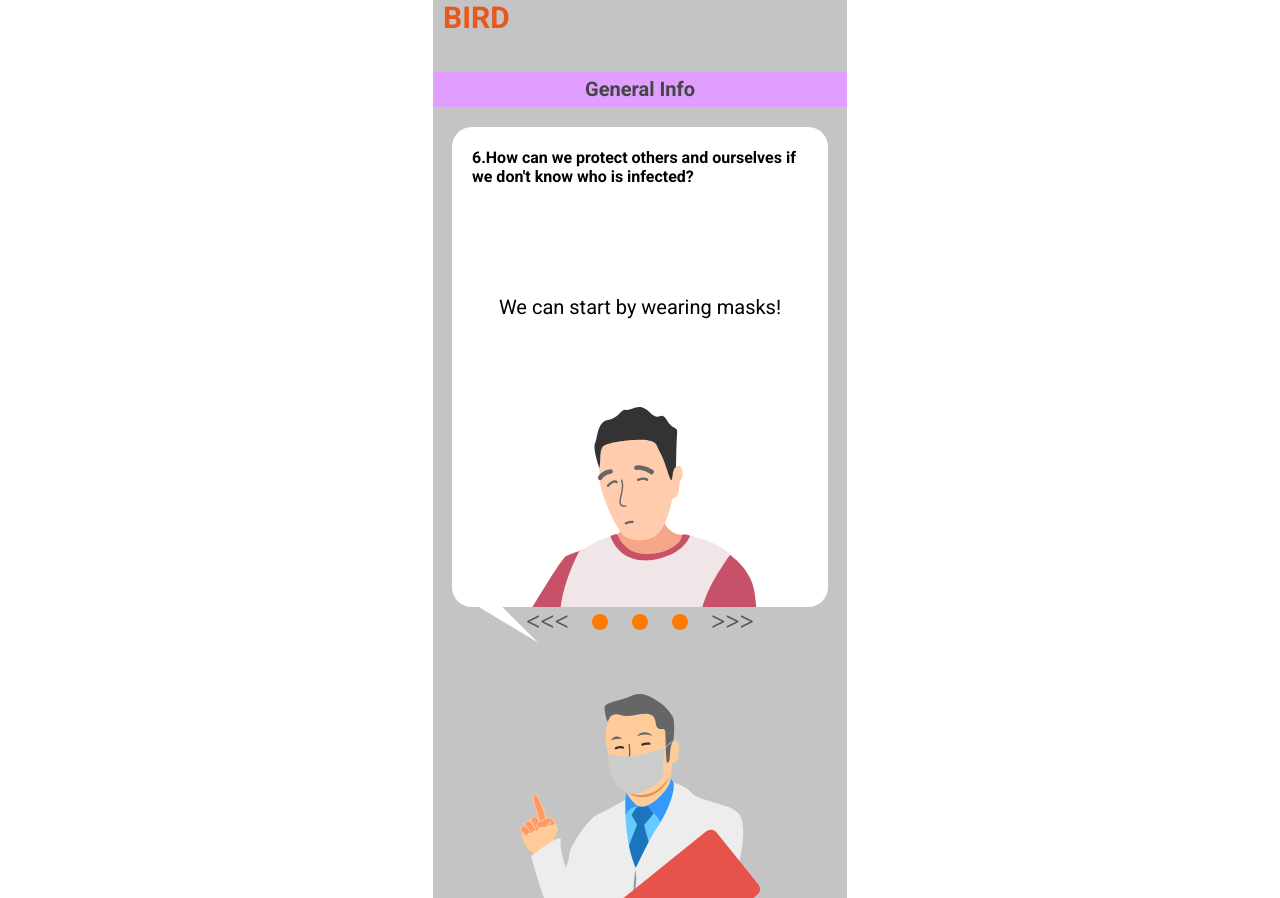
Repository: Levic559/BIRD
Page: General_info-6/2.html
The author's editor kept a copy of each file at every save. The page is drawn from the files as they stood at one save, then again after the next save.
The browser window is 1280 px wide. The pictures show the whole page.

Above is the page before, as saved 2021-03-10 22:08:39.

After the next save:
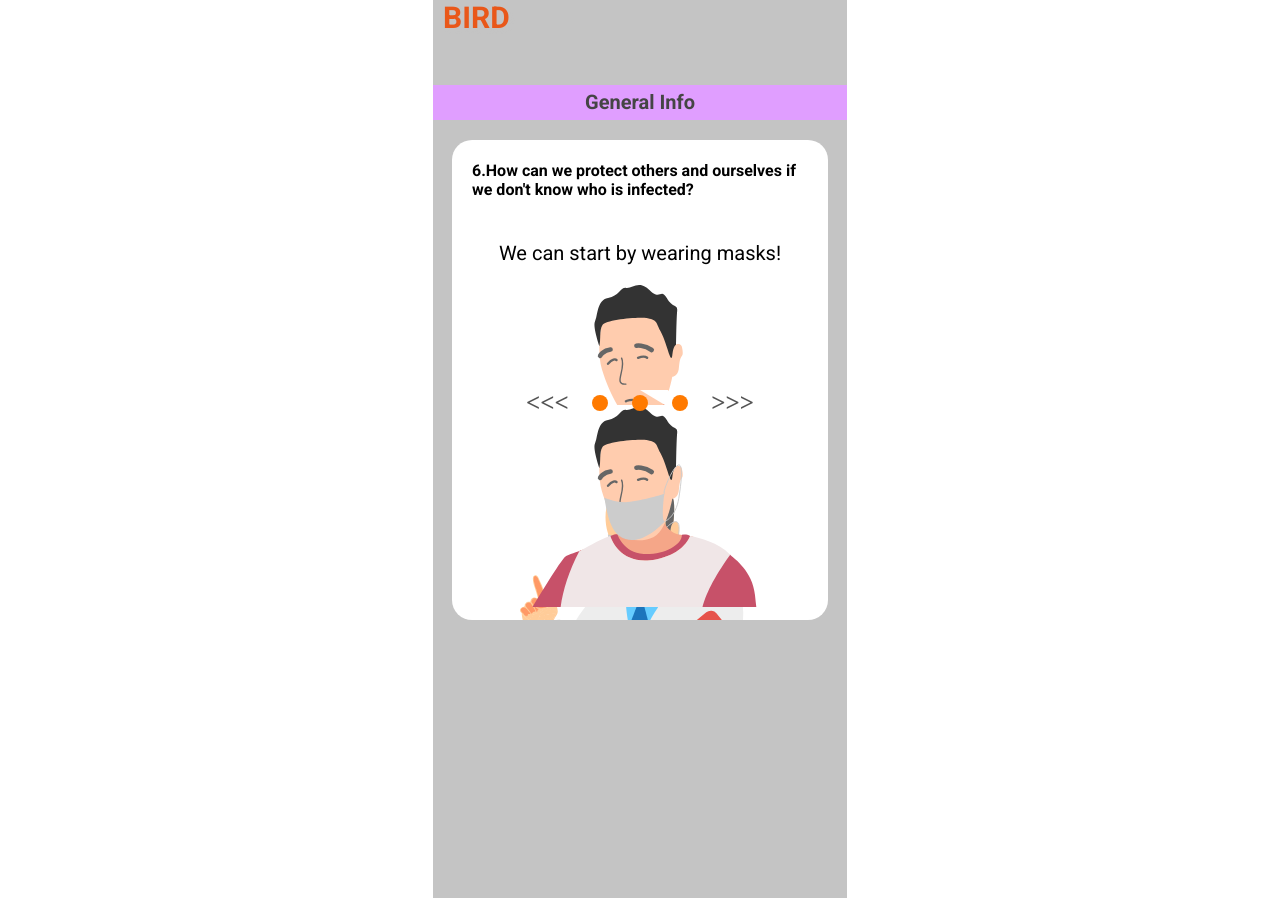
Saved 3 s later.
--- a/General_info-6/2.html
+++ b/General_info-6/2.html
@@ -23,6 +23,14 @@
         </p>
         <div class="infographicImg">
           <img src="../assets/patient.svg">
+        </div>
+
+        <div class="infographicImg"
+        style="
+          position: absolute;
+          top: 407px;
+        ">
+          <img src="../assets/patient-mask1.svg"
         </div>
       </div>
       <div class="triangle">

After the save that followed:
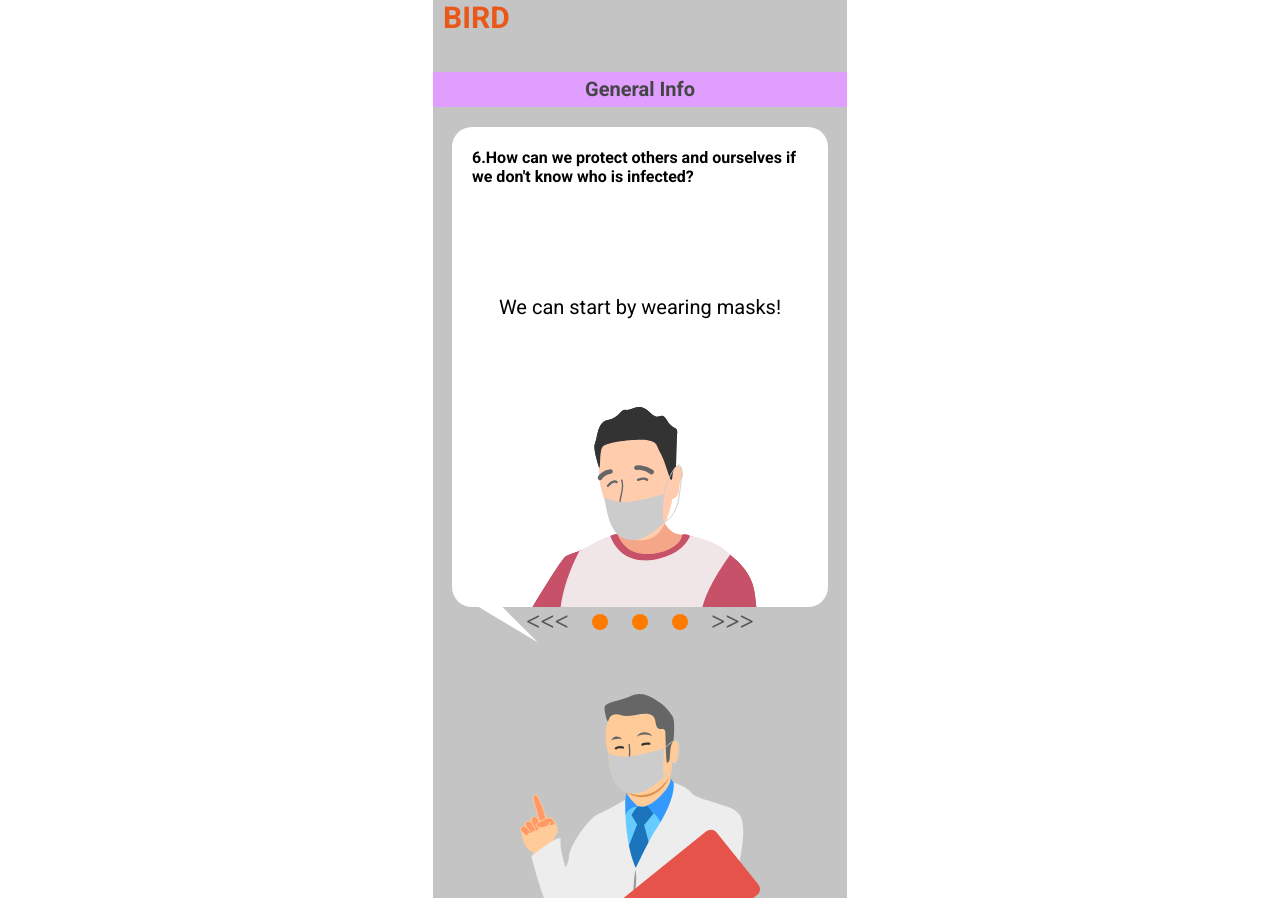
Saved 19 s later.
--- a/General_info-6/2.html
+++ b/General_info-6/2.html
@@ -30,7 +30,7 @@
           position: absolute;
           top: 407px;
         ">
-          <img src="../assets/patient-mask1.svg"
+          <img src="../assets/patient-mask1.svg">
         </div>
       </div>
       <div class="triangle">
